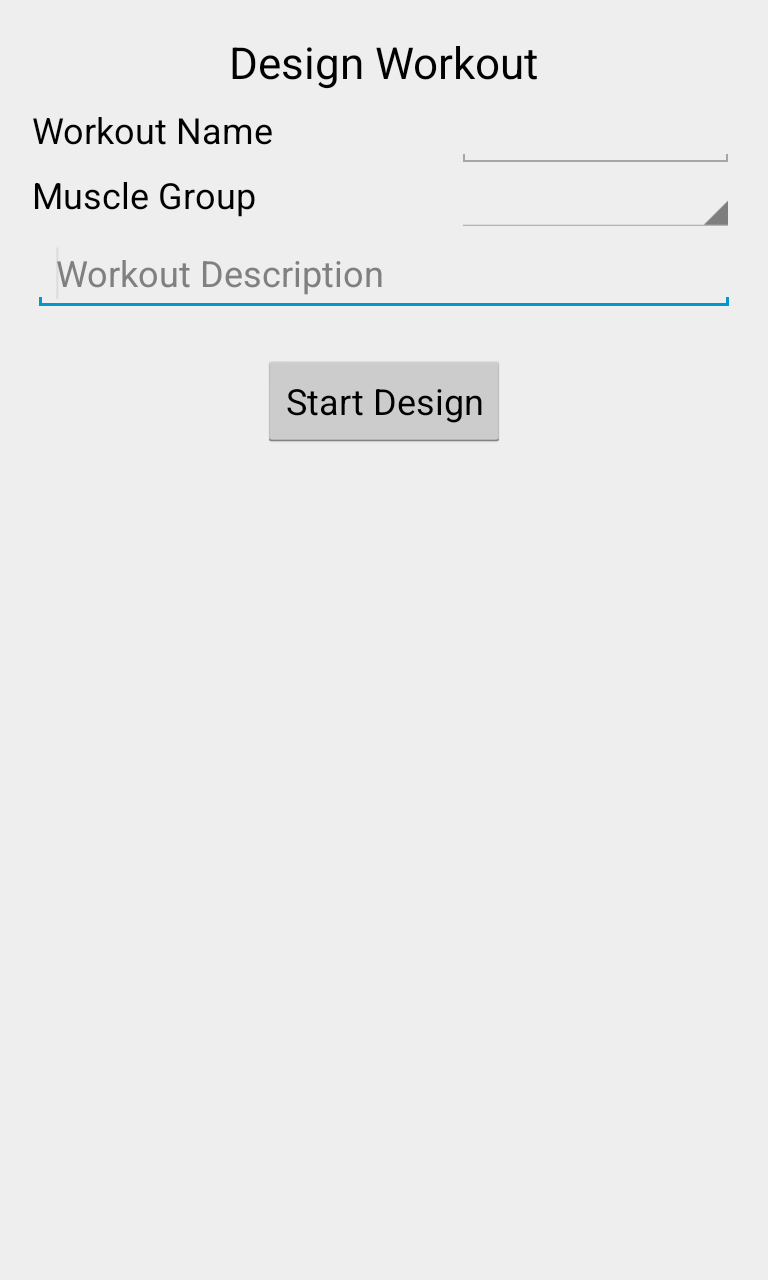
Repository: jmcdon09/EZWorkout
Layout: EzTrain/EzTrain/res/layout/activity_design_workout.xml
An editor plug-in stored every save of this project. The layout is shown before and after the next save, followed by the edit.
It is drawn on a 768 x 1280 px phone screen (xhdpi) without system bars, with theme AppTheme; the app's code is not run.

Above is the layout before, as saved 2014-03-30 18:53:01.

### EzTrain/EzTrain/res/layout/activity_design_workout.xml
<LinearLayout xmlns:android="http://schemas.android.com/apk/res/android"
    xmlns:tools="http://schemas.android.com/tools"
    android:id="@+id/LinearLayout1"
    android:layout_width="match_parent"
    android:layout_height="match_parent"
    android:orientation="vertical"
    android:background="@color/background"
    android:paddingBottom="@dimen/activity_vertical_margin"
    android:paddingLeft="@dimen/activity_horizontal_margin"
    android:paddingRight="@dimen/activity_horizontal_margin"
    android:paddingTop="@dimen/activity_vertical_margin"
    tools:context=".DesignWorkout" >

    <TextView
        android:id="@+id/design_your_workout"
        android:layout_width="wrap_content"
        android:layout_gravity="center"
        android:layout_height="wrap_content"
        android:text="@string/design_work"
        android:textAppearance="?android:attr/textAppearanceLarge" />

    <LinearLayout android:layout_width="fill_parent" android:layout_height="wrap_content"
        android:weightSum="100" >
        <TextView
	        android:id="@+id/design_name"
	        android:layout_weight="40"
	        android:layout_width="fill_parent"
    	    android:layout_height="wrap_content"
        	android:text="@string/workout_name"
        	android:textAppearance="?android:attr/textAppearanceMedium" />

    	<EditText
    	    android:layout_weight="60"
        	android:id="@+id/design_name_enter"
        	android:layout_width="fill_parent"
        	android:layout_height="wrap_content"
        	android:inputType="text"
        	android:ems="10" >

        	<requestFocus />
    	</EditText>
	</LinearLayout>

    <LinearLayout android:layout_width="fill_parent" android:layout_height="wrap_content"
        android:weightSum="100" >
	    <TextView
	        android:id="@+id/design_muscle_group"
	        android:layout_width="fill_parent"
	        android:layout_height="wrap_content"
	        android:text="@string/muscle_group"
	        android:layout_weight="40"
	        android:textAppearance="?android:attr/textAppearanceMedium" />

	    <Spinner
	        android:id="@+id/muscle_group_spinner"
	        android:layout_weight="60"
	        android:layout_width="fill_parent"
	        android:layout_height="wrap_content" />

	</LinearLayout>


	<EditText
	    android:id="@+id/design_workout_notes_input"
	    android:layout_width="fill_parent"
	    android:layout_height="wrap_content"
        android:ems="10"
	    android:inputType="textMultiLine"
	    android:hint="@string/workout_description" >
        <requestFocus />
	</EditText>

    <Button
        android:id="@+id/design_workout_begin"
        android:layout_width="wrap_content"
        android:layout_height="wrap_content"
        android:layout_gravity="center"
        android:layout_marginTop="20dp"
        android:text="@string/begin_design" />

</LinearLayout>

### EzTrain/EzTrain/res/values-v11/styles.xml
<?xml version="1.0" encoding="utf-8"?>
<resources>

    <!--
        Base application theme for API 11+. This theme completely replaces
        AppBaseTheme from res/values/styles.xml on API 11+ devices.
    -->
    <style name="AppBaseTheme" parent="android:Theme.Holo.Light">
        <!-- API 11 theme customizations can go here. -->
    </style>

    <style name="FullscreenTheme" parent="android:Theme.Holo">
        <item name="android:actionBarStyle">@style/FullscreenActionBarStyle</item>
        <item name="android:windowActionBarOverlay">true</item>
        <item name="android:windowBackground">@null</item>
        <item name="buttonBarStyle">?android:attr/buttonBarStyle</item>
        <item name="buttonBarButtonStyle">?android:attr/buttonBarButtonStyle</item>
    </style>

    <style name="FullscreenActionBarStyle" parent="android:Widget.Holo.Light.ActionBar">
        <item name="android:background">@color/action_bar_background</item>
        <item name="android:actionMenuTextColor">@color/black_overlay</item>
    </style>

</resources>

### EzTrain/EzTrain/res/values-v14/styles.xml
<resources xmlns:android="http://schemas.android.com/apk/res/android">

    <!--
        Base application theme for API 14+. This theme completely replaces
        AppBaseTheme from BOTH res/values/styles.xml and
        res/values-v11/styles.xml on API 14+ devices.
    -->
    <style name="AppBaseTheme" parent="@android:style/Theme.Holo.Light.DarkActionBar">
        <!-- API 14 theme customizations can go here. -->
        <item name="android:actionBarStyle">@style/MyActionBar</item>


    </style>

    <style name="MyActionBar" parent="@android:style/Widget.Holo.Light.ActionBar">
        <item name="android:background">@color/action_bar_background</item>
        <item name="android:titleTextStyle">@style/MyActionBarTitle</item>
    </style>

	<style name="MyActionBarTitle" parent="@android:style/TextAppearance.Holo.Widget.ActionBar.Title">
	    <item name="android:textColor">@color/title</item>

	</style>

	<style name="LargeTableText">
	    <item name="android:textAppearance">?android:attr/textAppearanceSmall</item>
	</style>



</resources>

### EzTrain/EzTrain/res/values/colors.xml
<resources>

    <color name="action_bar_background">#4db6af</color>
    <color name="black_overlay">#66000000</color>
    <color name="background">#eee</color>
    <color name="font">#444</color>
    <color name="accent">#ccc</color>
    <color name="title">#FFF</color>

</resources>

### EzTrain/EzTrain/res/values/strings.xml
<?xml version="1.0" encoding="utf-8"?>
<resources>

    <string name="app_name">EZWorkout</string>

    <string-array name="muscle_groups">
        <item>Arms</item>
        <item>Abdominals</item>
        <item>Chest</item>
        <item>Back</item>
        <item>Legs</item>
        <item>Shoulders</item>
    </string-array>

    <string-array name="my_workouts">
        <item>Biceps</item>
        <item>Major Chest Workout</item>
        <item>Chest Destroyer</item>
        <item>Ab Crusher</item>
    </string-array>

    <string-array name="chest">
        <item>Benchpress</item>
        <item>Butterflys</item>
        <item>Push Ups</item>
        <item>Iron Cross</item>
        <item>Decline Dumbell Press</item>
        <item></item>
    </string-array>

    <string-array name="arms">
        <item>Bicep Curls</item>
        <item>Spider Curls</item>
        <item>Tricep Dips</item>
        <item>Skullcrushers</item>
        <item>French Press</item>
    </string-array>

    <string-array name="shoudlers">
        <item>Shoulder Abduction</item>
        <item>Military Press</item>
    </string-array>

    <string-array name="abdominals">
        <item>Crunches</item>
        <item>Russian Twists</item>
        <item>Sit-ups</item>
        <item>Toe Touches</item>
    </string-array>

    <string-array name="legs">
        <item>One Legged Squats</item>
        <item>Romanian Deadlifts</item>
        <item>Trap Bar Deadlifts</item>
        <item>Box Jumps</item>
    </string-array>

    <string-array name="back">
        <item>Standing Good Mornings</item>
        <item>Seated Good Mornings</item>
        <item>Reverse Hypers</item>
        <item>Chin Ups</item>
    </string-array>

    <string name="workout_now">Start Workout</string>
    <string name="progress">My Progress</string>
    <string name="design_work">Design Workout</string>
    <string name="title_activity_start_workout">Start Workout</string>
    <string name="title_activity_my_progress">My Progress</string>
    <string name="title_activity_design_workout">Design Workout</string>
    <string name="title_activity_add_exercises">Add Exercises</string>
    <string name="title_activity_create_exercise">Create Exercise</string>
    <string name="title_activity_preview_workout">Preview Workout</string>
    <string name="title_activity_my_workouts">My Workouts</string>
    <string name="title_activity_workout">Workout</string>
    <string name="title_activity_active_workout">Active Workout</string>
    <string name="workout_name">Workout Name</string>
    <string name="return_workout"></string>
    <string name="action_settings">Action Settings</string>
    <string name="add_exercise_to_workout">Add Exercises to </string>
    <string name="add_exercise">Add Exercise</string>
    <string name="begin_design">Start Design</string>
    <string name="create_exercise">Create Exercise</string>
    <string name="muscle_group">Muscle Group</string>
    <string name="workout_description">Workout Description</string>
    <string name="my_workouts">My Workouts</string>
    <string name="start_workout">Start Workout</string>
    <string name="browse_workouts">Browse Workouts</string>
    <string name="exercise_name">Exercise Name</string>
    <string name="rep_hint">Rep hint goes here</string>
    <string name="action_home">Home</string>
    <string name="exercise1">Bench press </string>
    <string name="set1">4</string>
    <string name="rep1">12</string>
    <string name="hello_world">Hello world!</string>
    <string name="preview_workout">Preview Workout</string>
    <string name="title_activity_preview_design">Preview Design</string>
    <string name="exercise">Exercise</string>
    <string name="sets">Sets</string>
    <string name="reps">Reps</string>
    <string name="weight">Weight</string>
    <string name="error_design_fill_sections">Fill out all sections before clicking Add Exercise!</string>
    <string name="error_empty_preview">Need at least one exercise added before preview!</string>
    <string name="save_workout">Save Workout</string>



</resources>

Loaded but not shown: EzTrain/EzTrain/res/values/styles.xml (common file); EzTrain/EzTrain/res/values/dimens.xml (common file)

After the next save:
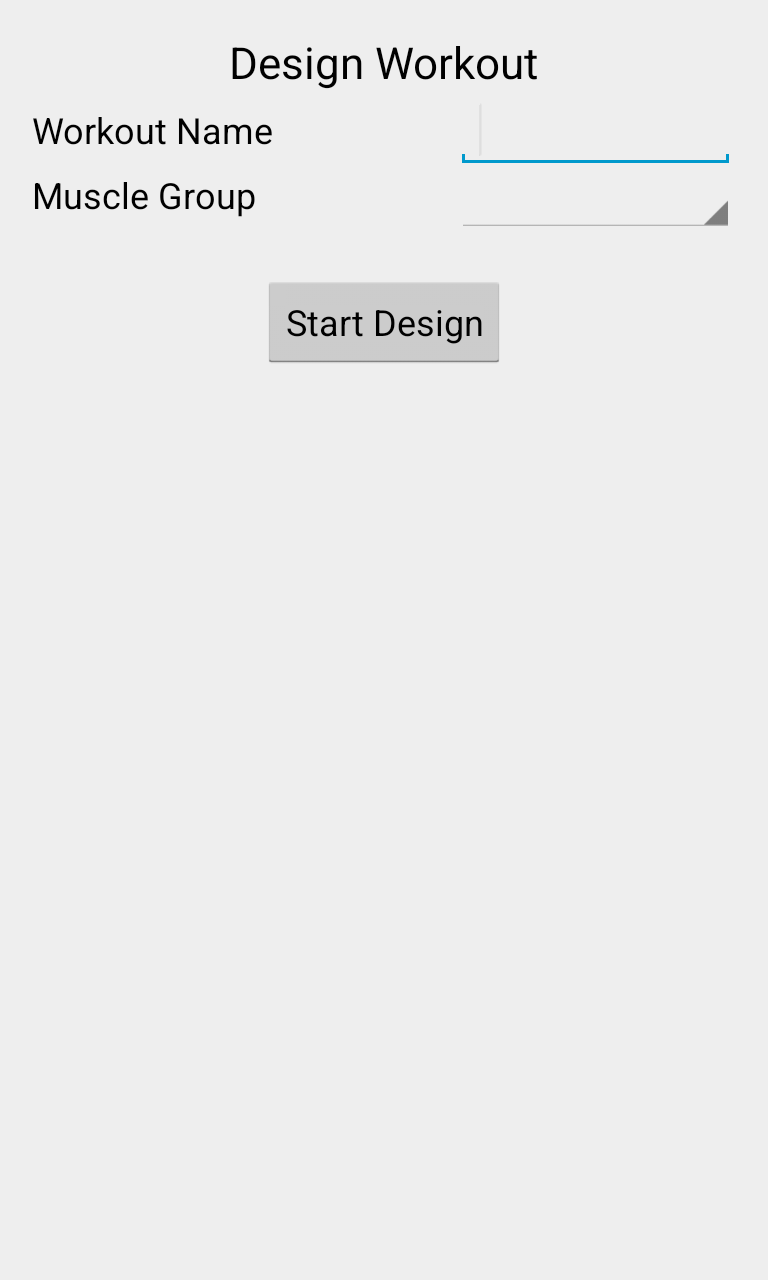
Saved 69 s later.
--- a/EzTrain/EzTrain/res/layout/activity_design_workout.xml
+++ b/EzTrain/EzTrain/res/layout/activity_design_workout.xml
@@ -59,17 +59,6 @@
 
 	</LinearLayout>
 
-
-	<EditText
-	    android:id="@+id/design_workout_notes_input"
-	    android:layout_width="fill_parent"
-	    android:layout_height="wrap_content"
-        android:ems="10"
-	    android:inputType="textMultiLine"
-	    android:hint="@string/workout_description" >
-        <requestFocus />
-	</EditText>
-
     <Button
         android:id="@+id/design_workout_begin"
         android:layout_width="wrap_content"
